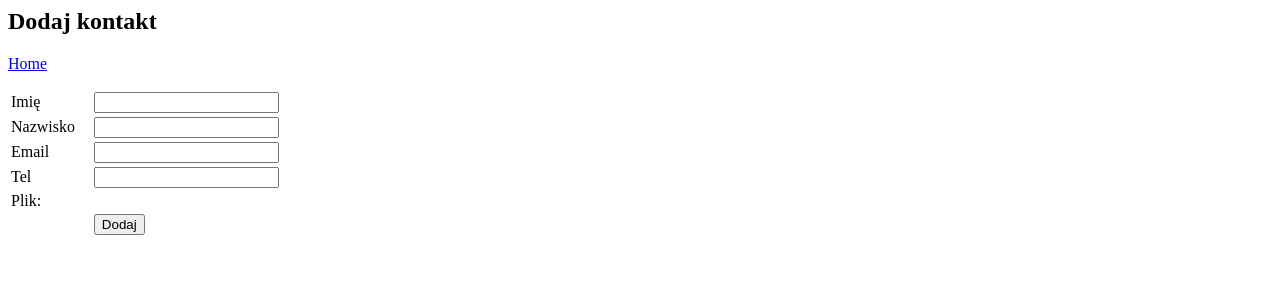
Repository: mkasus/crudCSV
Page: http://localhost/add.php
The author's editor kept a copy of each file at every save. The page is drawn from the files as they stood at one save, then again after the next save.
The browser window is 1280 px wide. The pictures show the whole page.
The page is run by PHP 8.4 with error messages shown; the project is at /var/www/html/.

Above is the page before, as saved 2024-03-27 18:49:25.

### add.php
<html>
<head>
	<title>Dodaj kontakt</title>
</head>

<body>
	<h2>Dodaj kontakt</h2>
	<p>
		<a href="index.php">Home</a>
	</p>

	<form action="addAction.php" method="post" name="add" enctype="multipart/form-data">
		<table width="25%" border="0">
			<tr>
				<td>Imię</td>
				<td><input type="text" name="name"></td>
			</tr>
			<tr>
				<td>Nazwisko</td>
				<td><input type="text" name="lastName"></td>
			</tr>
			<tr>
				<td>Email</td>
				<td><input type="text" name="email"></td>
			</tr>
			<tr>
				<td>Tel</td>
				<td><input type="text" name="tel"></td>
			</tr>
			<tr>
			<td>
				<label for="myfile"> Plik:</label></td>
			<td>
			</tr>
			<tr>
				<td></td>
				<td><input type="submit" name="submit" value="Dodaj"></td>
			</tr>
		</table>
	</form>
</body>
</html>

After the next save:
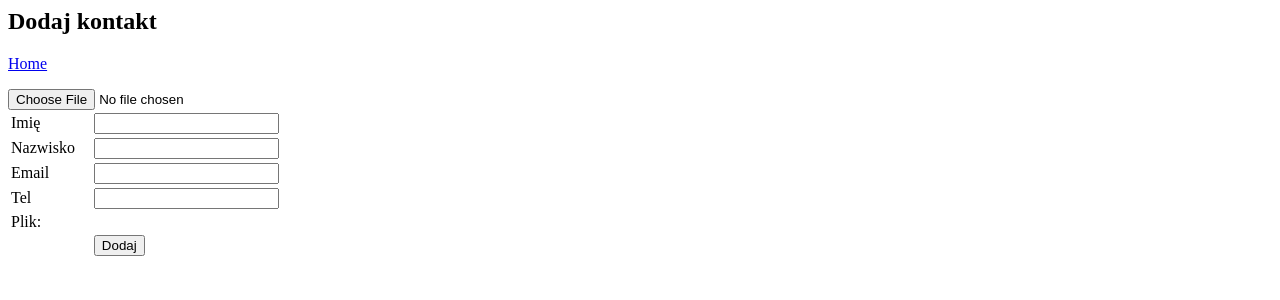
Saved 9 s later.
--- a/add.php
+++ b/add.php
@@ -30,6 +30,7 @@
 			<tr>
 			<td>
 				<label for="myfile"> Plik:</label></td>
+				<input type="file" id="myfile" name="file"></td>
 			<td>
 			</tr>
 			<tr>
